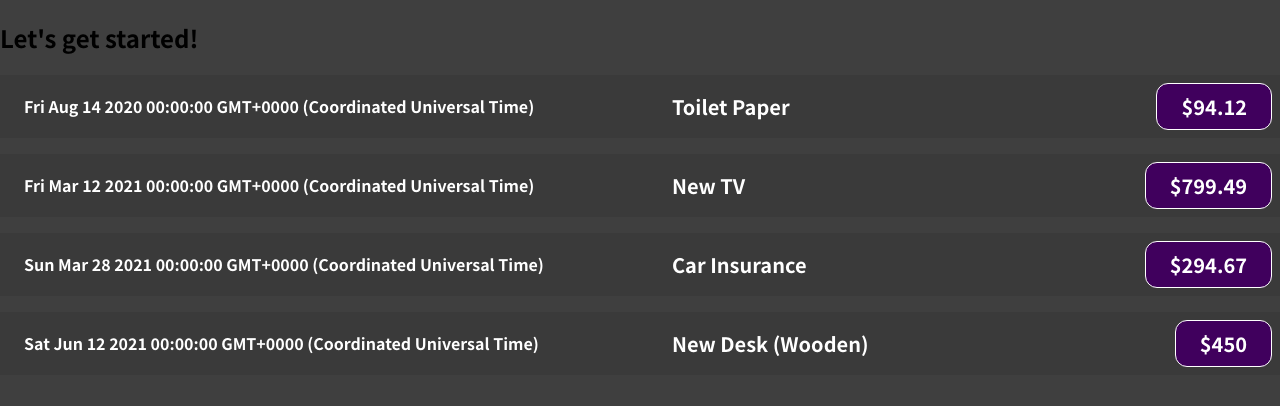
Repository: pial0007l/React
Page: / (app in 01-starting-setup/)
These files come from the project's save history. The page is drawn as it stood at one moment and after the next save; the edit follows.
The browser window is 1280 px wide. The pictures show the whole page.
The project was rebuilt for these pictures with package versions that can differ from the ones it lists, and the page was loaded fresh each time.

Above is the page before, as saved 2021-06-24 13:16:35.

After the next save:
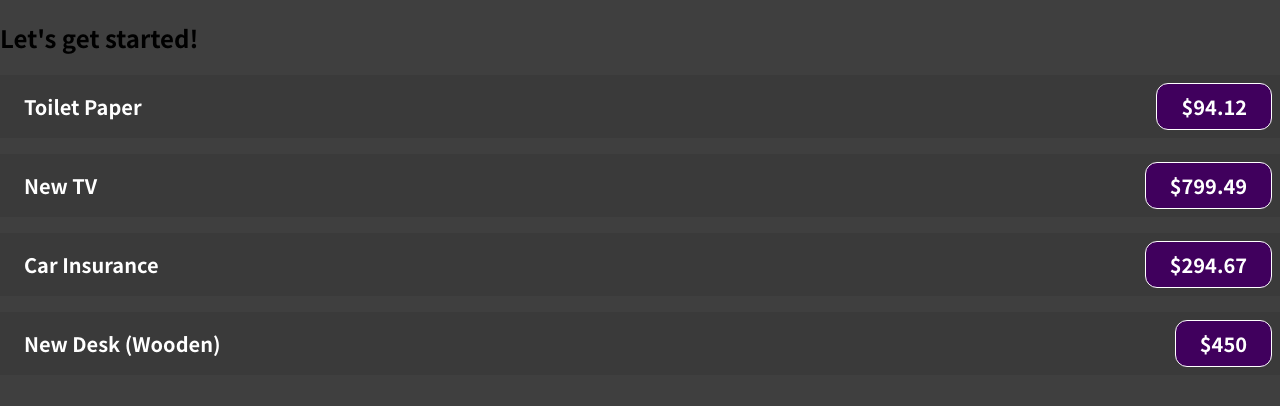
Saved 8 days later.
--- a/01-starting-setup/src/components/ExpenseItem.js
+++ b/01-starting-setup/src/components/ExpenseItem.js
@@ -3,7 +3,11 @@ import './ExpenseItem.css'
 function ExpenseItem(props){
     return (
         <div className="expense-item">
-             <h2>{props.date.toString()}</h2>
+             <div>
+                 <div></div>
+                 <div></div>
+                 <div></div>
+             </div>
              <div className='expense-item__description'>
                  <h2>{props.title}</h2>
                  <div className='expense-item__price'>${props.amount}</div>
